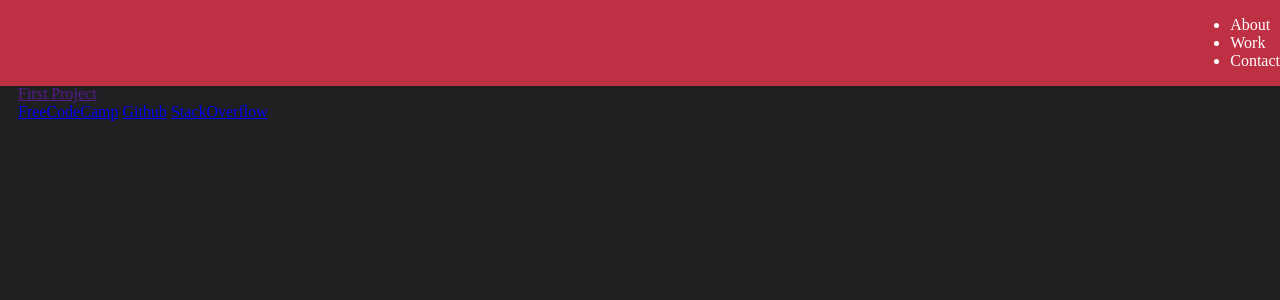
Repository: justicebhekani88/microverse_portfolio_project
Page: index.html
An editor plug-in stored every save of this project. The page is shown before and after the next save, followed by the edit.
The browser window is 1280 px wide. The pictures show the whole page.

Above is the page before, as saved 2022-07-21 14:45:39.

After the next save:
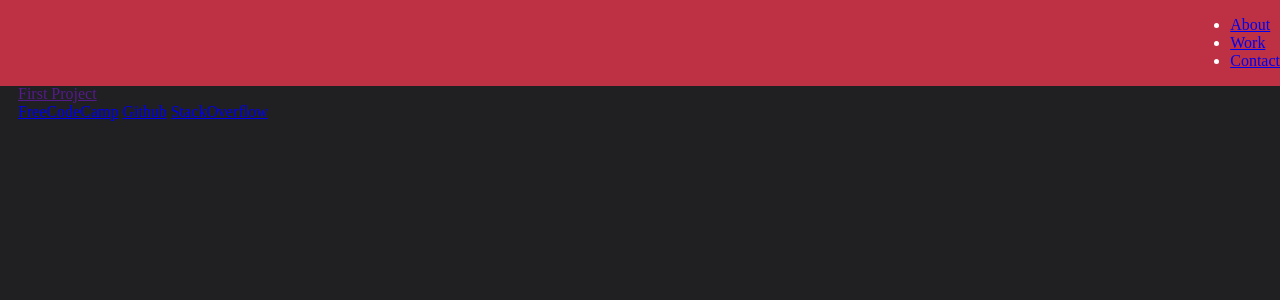
Saved 71 s later.
--- a/index.html
+++ b/index.html
@@ -20,9 +20,9 @@
 <body>
     <nav id="navbar">
         <ul id="nav-list">
-            <li href="#welcome-section">About</li>
-            <li href="#projects">Work</li>
-            <li href="#contact">Contact</li>
+            <li><a href="#welcome-section">About</a></li>
+            <li><a href="#projects">Work</a></li>
+            <li><a href="#contact">Contact</a></li>
         </ul>
     </nav>
     <div id="main">
